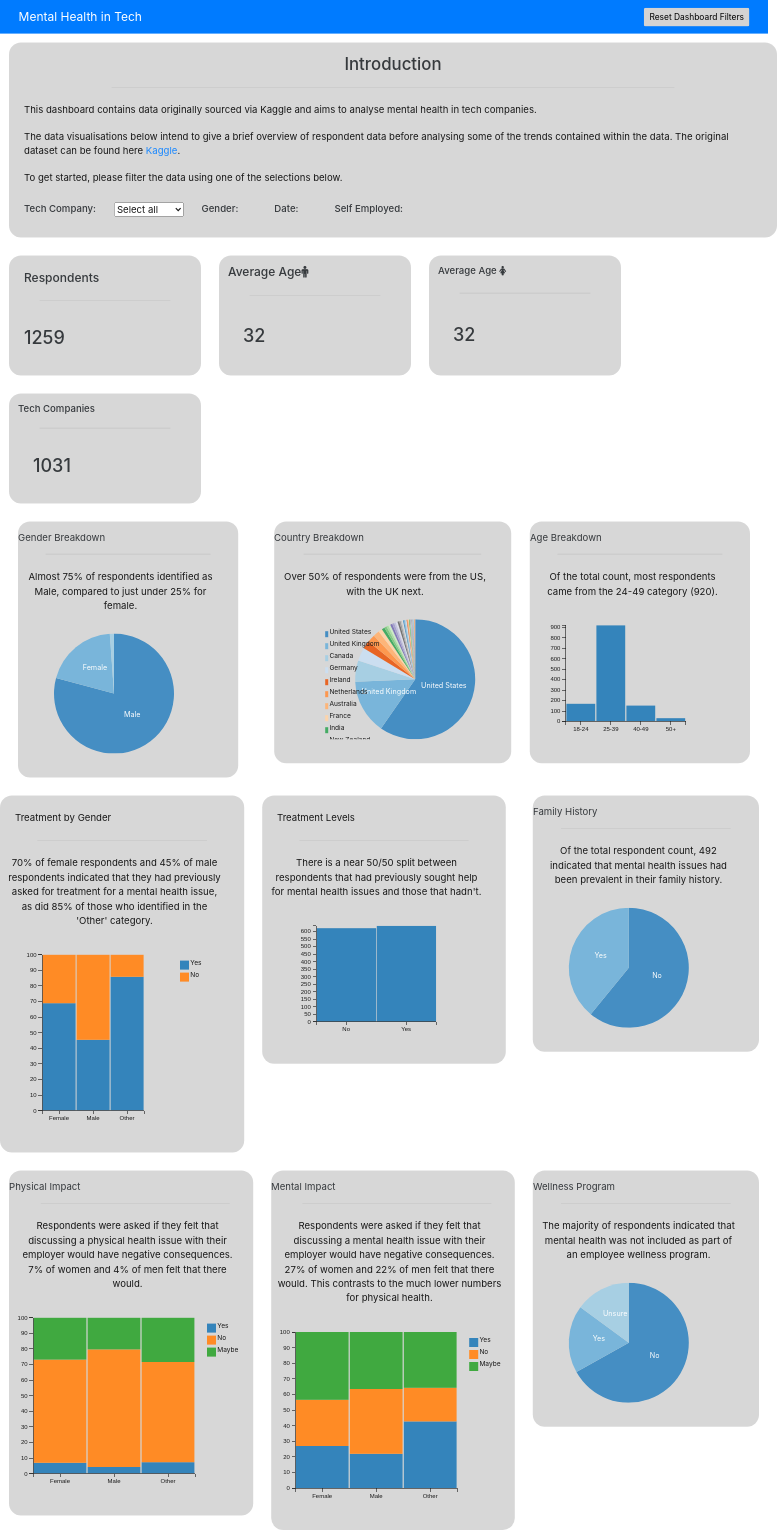
Repository: martingr1/mhdashboard
Page: index.html
The author's editor kept a record of every edit. The page is drawn from the files as they stood at one moment, then again after the next edit.
The browser window is 1280 px wide. The page is 1295 px wide, so the pictures cover 1295 px, including what lies to the right of the window. The pictures show the whole page, at 60% of full size.
Some web libraries are served in a nearby version.

Above is the page before.

After the next edit:
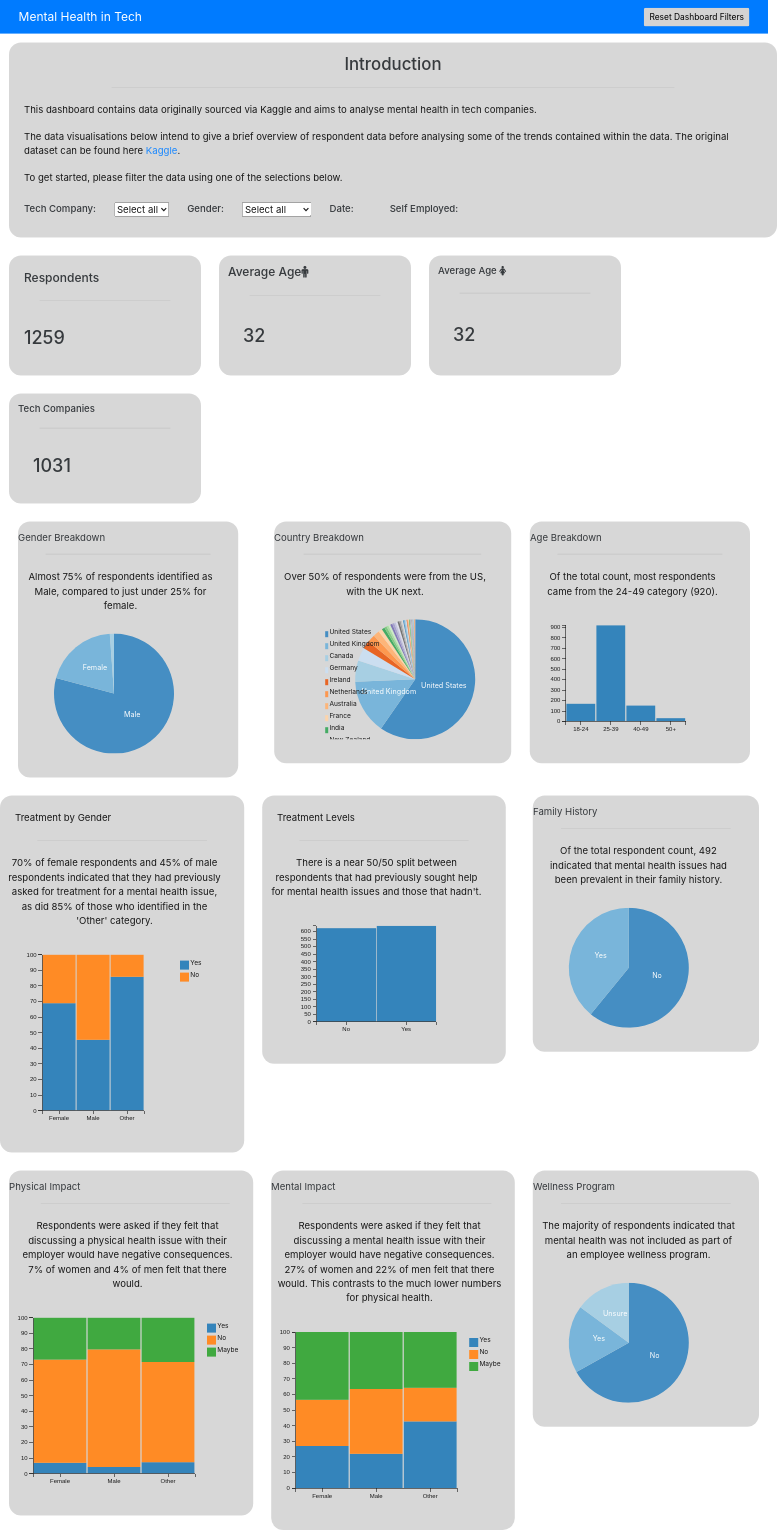
The edit:
--- a/static/js/graph.js
+++ b/static/js/graph.js
@@ -53,7 +53,7 @@
     var dim = ndx.dimension(dc.pluck("gender"));
     var group = dim.group();
 
-    dc.selectMenu("#select_company")
+    dc.selectMenu("#select_gender")
         .dimension(dim)
         .group(group);
 }
